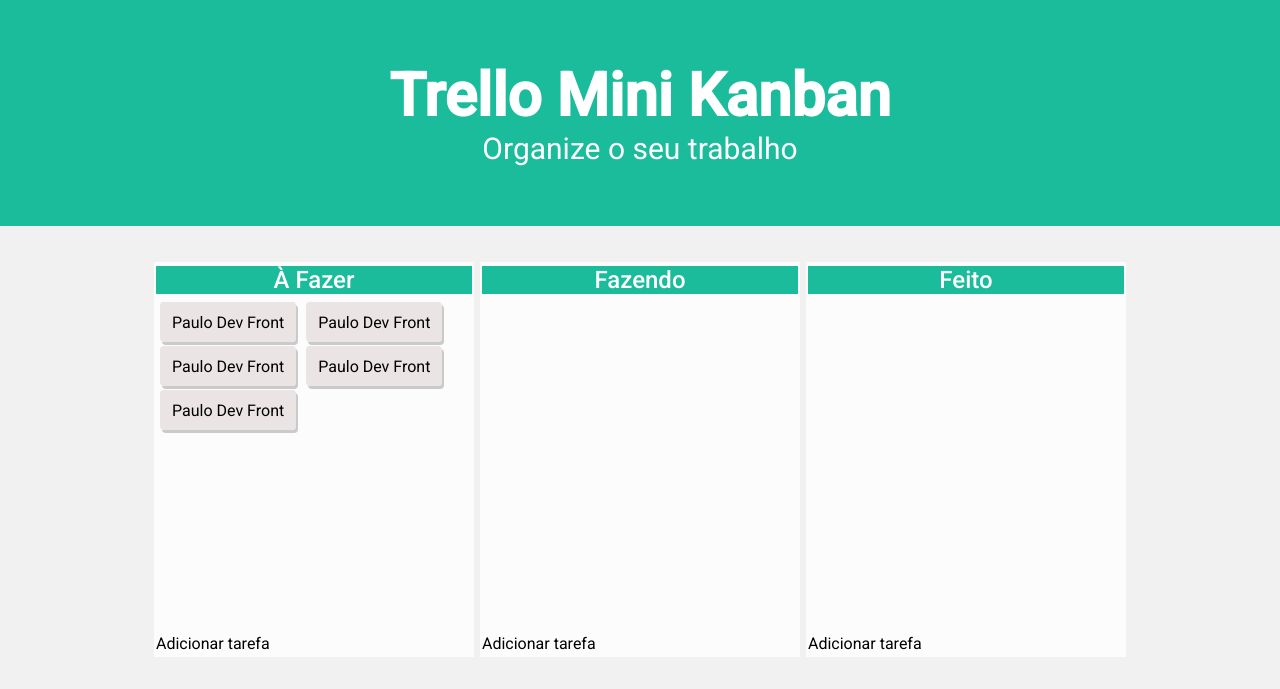
Repository: douglasabnovato/byteclass
Page: trello-mini-kanban/index.html
The author's editor kept a copy of each file at every save. The page is drawn from the files as they stood at one save, then again after the next save.
The browser window is 1280 px wide. The pictures show the whole page.

Above is the page before, as saved 2025-07-31 21:23:02.

After the next save:
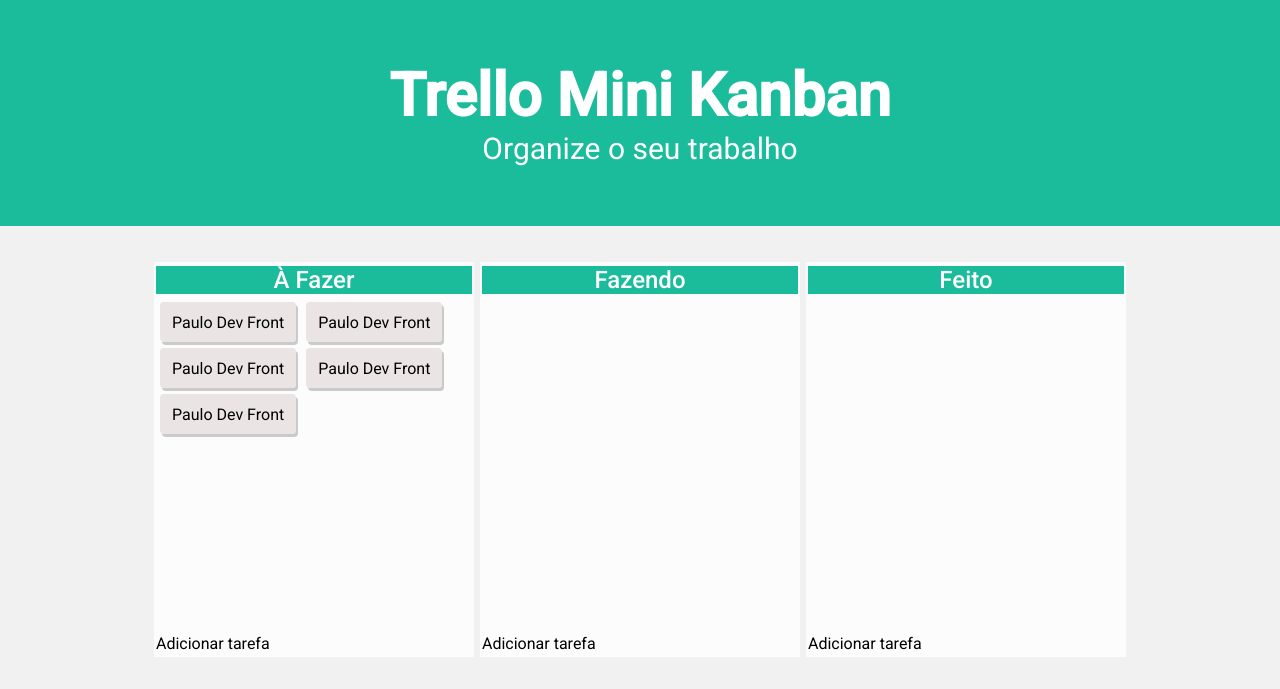
Saved 10 s later.
--- a/trello-mini-kanban/style.css
+++ b/trello-mini-kanban/style.css
@@ -51,7 +51,7 @@
   min-height: 332px;
   padding: 4px;
   list-style-type: none;
-  gap: 4px 10px;
+  gap: 6px 10px;
 }
 
 .board ul li {
